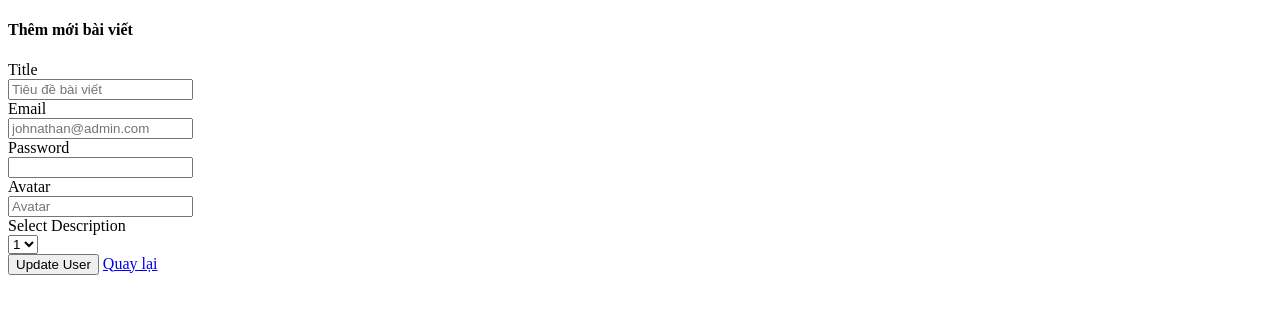
Repository: Hai1820/News
Page: http://localhost/Servlet-Basic/views/admin/news/list-edit.jsp
These files come from the project's save history. The page is drawn as it stood at one moment and after the next save; the edit follows.
The browser window is 1280 px wide. The pictures show the whole page.
The page is served by Tomcat 9. Nobody is signed in. The application's start-up code is not run. Other server files are loaded and not shown.

Above is the page before, as saved 2021-07-15 03:04:42.

### Servlet-Basic/src/main/webapp/views/admin/news/list-edit.jsp
<%@ page language="java" contentType="text/html; charset=UTF-8"
	pageEncoding="UTF-8"%>
<!DOCTYPE html>
<html>
<head>
<meta charset="UTF-8">
<title>Insert title here</title>
</head>
<body>

	<div class="row bg-title">
		<div class="col-lg-3 col-md-4 col-sm-4 col-xs-12">
			<h4 class="page-title">Thêm mới bài viết</h4>
		</div>
	</div>
	<!-- /.row -->
	<!-- .row -->
	<div class="row">
		<div class="col-md-2 col-12"></div>
		<div class="col-md-8 col-xs-12">
			<div class="white-box">
				<form method="post" action="" class="form-horizontal form-material">
					<input type="hidden" name="id" value=""
						class="form-control form-control-line">
					<div class="form-group">
						<label class="col-md-12">Title</label>
						<div class="col-md-12">
							<input value="" name="title" type="text"
								placeholder="Tiêu đề bài viết"
								class="form-control form-control-line">
						</div>
					</div>
					<div class="form-group">
						<label for="example-email" class="col-md-12">Email</label>
						<div class="col-md-12">
							<input value="" name="email" type="email"
								placeholder="johnathan@admin.com"
								class="form-control form-control-line" id="example-email">
						</div>
					</div>
					<div class="form-group">
						<label class="col-md-12">Password</label>
						<div class="col-md-12">
							<input value="" name="password" type="password" value="password"
								class="form-control form-control-line">
						</div>
					</div>
					<div class="form-group">
						<label class="col-md-12">Avatar</label>
						<div class="col-md-12">
							<input value="" type="text" placeholder="Avatar" name="avatar"
								class="form-control form-control-line">
						</div>
					</div>

					<div class="form-group">
						<label class="col-sm-12">Select Description</label>
						<div class="col-sm-12">
							<select name="roleId" class="form-control form-control-line">
								<option>1</option>
							</select>
						</div>
					</div>
					<div class="form-group">
						<div class="col-sm-12">
							<button type="submit" class="btn btn-success">Update
								User</button>
							<a href="#" class="btn btn-primary">Quay lại</a>
						</div>
					</div>
				</form>
			</div>
		</div>
		<div class="col-md-2 col-12"></div>
	</div>

</body>
</html>

After the next save:
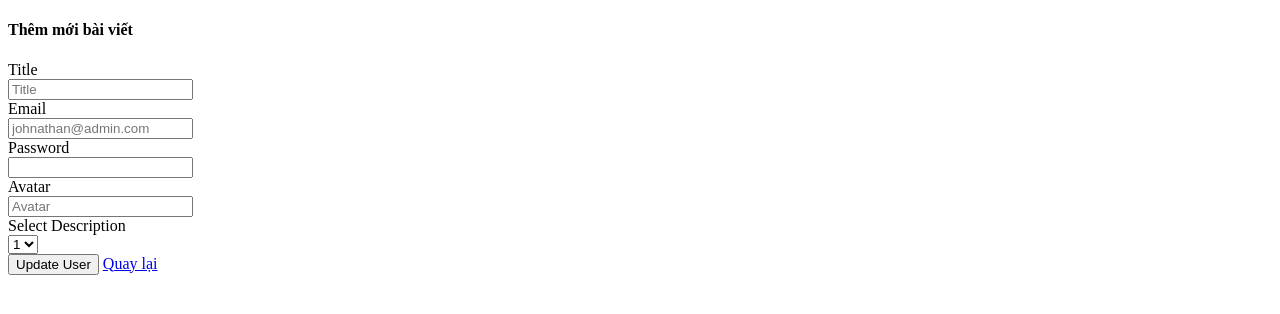
Saved 6 s later.
--- a/Servlet-Basic/src/main/webapp/views/admin/news/list-edit.jsp
+++ b/Servlet-Basic/src/main/webapp/views/admin/news/list-edit.jsp
@@ -26,7 +26,7 @@
 						<label class="col-md-12">Title</label>
 						<div class="col-md-12">
 							<input value="" name="title" type="text"
-								placeholder="Tiêu đề bài viết"
+								placeholder="Title"
 								class="form-control form-control-line">
 						</div>
 					</div>
